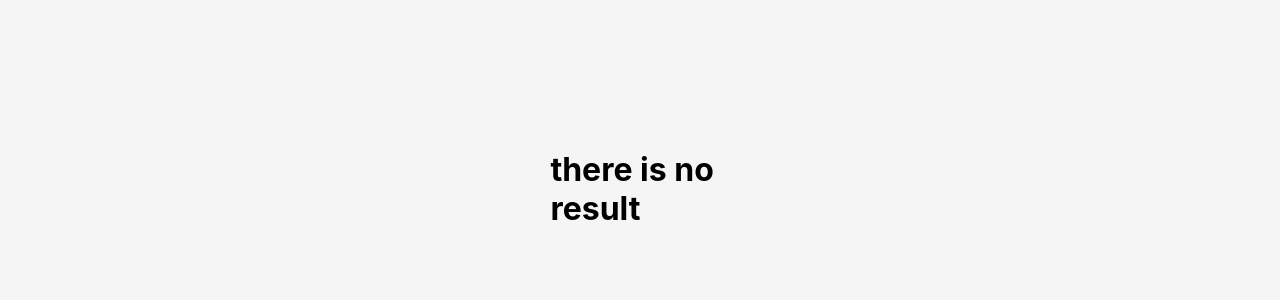
Repository: ehabmelhem/React-Redux--todoapp
Page: /result (app in todoapp/)
An editor plug-in stored every save of this project. The page is shown before and after a run of saves, followed by the edit.
The browser window is 1280 px wide. The pictures show the whole page.
The project was rebuilt for these pictures with package versions that can differ from the ones it lists, and the page was loaded fresh each time. Also part of the build but not shown: todoapp/src/Compents/Todo.css, todoapp/src/Compents/Todo.js.

Above is the page before, as saved 2021-01-30 19:39:22.

After the next 5 saves:
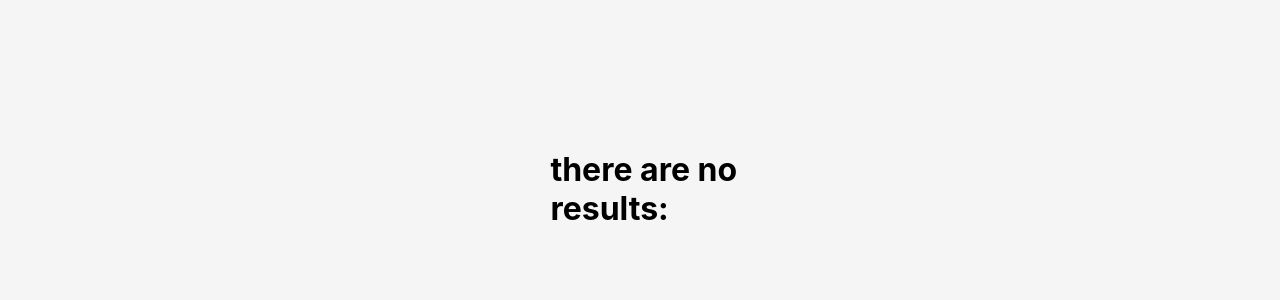
The 5 saves are shown as one change because they came seconds apart.
The last was saved 31 s later.
--- a/todoapp/src/Compents/Result.js
+++ b/todoapp/src/Compents/Result.js
@@ -6,7 +6,7 @@ function Result() {
   const todos = useSelector((state) => state.todos.todos);
   return (
     <div className="result">
-      <h1>{todos[0] ? "this is result" : "there is no result"}</h1>
+      <h1>{todos[0] ? "the result is : " : "there are no results:"}</h1>
       {todos.map((elm) => (
         <h3>
           <Todo text={elm.content} id={elm.id} />
